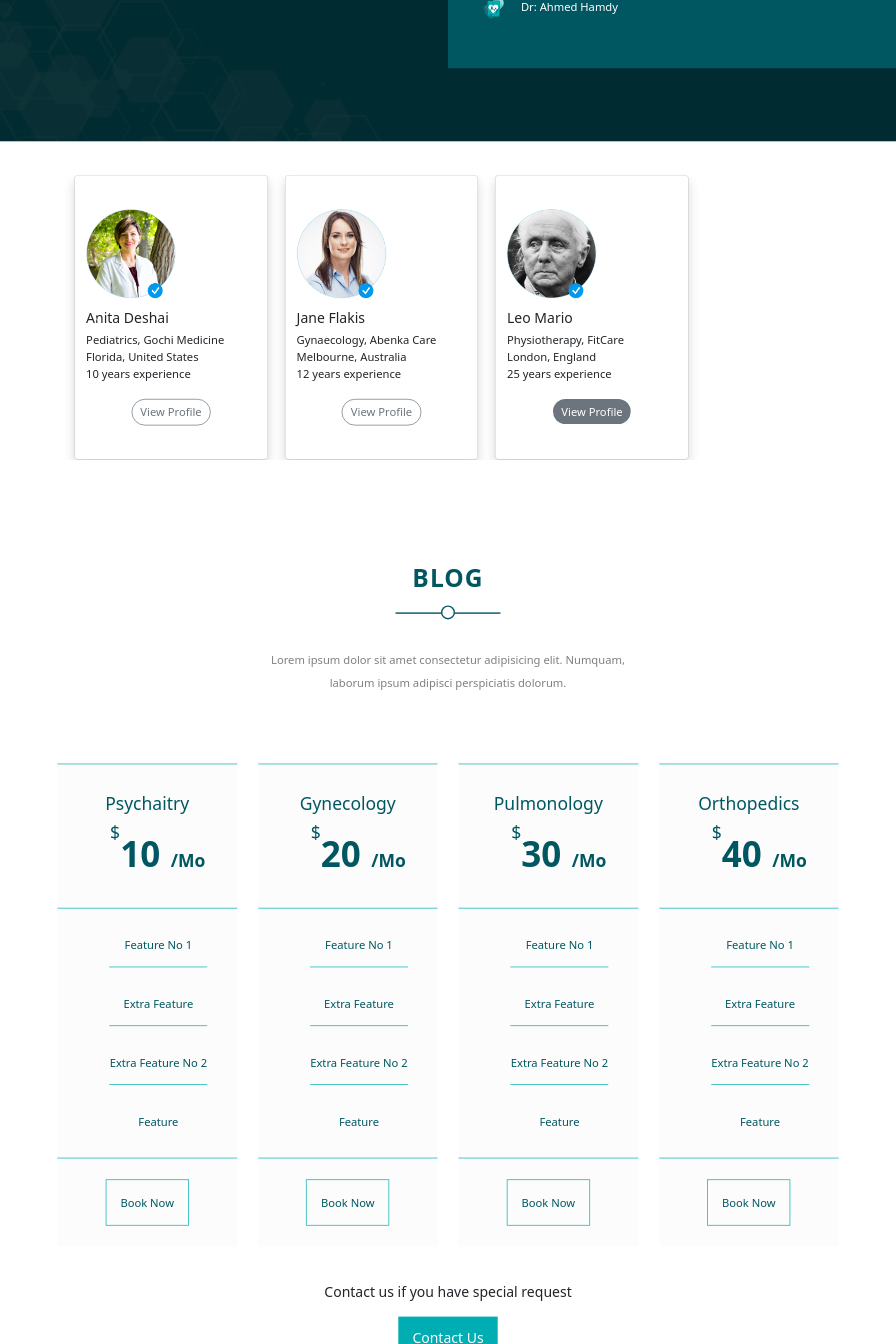
Repository: Ahmed123rezk123/Clinic
Page: index.html
The author's editor kept a copy of each file at every save. The page is drawn from the files as they stood at one save, then again after the next save.
The browser window is 1280 px wide. The pictures show the part of the page from y = 2037 to 3957 px (the page is 5750 px tall before and 6236 px after), at 70% of full size.
Some web fonts or font styles are not loaded; a fallback is used.

Above is the page before, as saved 2024-04-26 11:09:10.

### index.html
<!DOCTYPE html>
<html lang="en">
  <head>
    <meta charset="UTF-8" />
    <meta name="viewport" content="width=device-width, initial-scale=1.0" />
    <title>Clinic</title>
    <!-- Render All Elements Normally -->
    <link rel="stylesheet" href="css/normalize.css" />
    <!-- Font Awesome Library -->
    <link rel="stylesheet" href="css/all.min.css" />
    <!-- Main Temlate css file -->
    <link rel="stylesheet" href="css/style.css" />
    <!-- Google Fonts -->
    <link rel="preconnect" href="https://fonts.googleapis.com" />
    <link rel="preconnect" href="https://fonts.gstatic.com" crossorigin />
    <link
      href="https://fonts.googleapis.com/css2?family=Edu+TAS+Beginner:wght@500&family=Open+Sans:wght@400;700&display=swap"
      rel="stylesheet"
    />
    <link href="https://cdn.jsdelivr.net/npm/bootstrap@5.3.2/dist/css/bootstrap.min.css" rel="stylesheet">
  </head>
  <body>
    <!-- Start Header -->
    <header>
      <div class="container" id="top">
        <a href="#" class="logo">
          <img src="images/logo.svg" alt="Logo" />
        </a>
        <nav>
          <i class="fas fa-bars menu"></i>
          <ul>
            <li><a href="#" class="active">Home</a></li>
            <li><a href="#">Services</a></li>
            <li><a href="#">Doctors</a></li>
            <li><a href="#">Blog</a></li>
            <li><a href="#">Contact</a></li>
          </ul>
          <div class="form">
            <i class="fas fa-search"></i>
          </div>
        </nav>
      </div>
    </header>
    <!-- End Header -->
    <!-- Start Landing -->
    <section class="landing">
      <div class="overlay">
        <div class="text">
          <div class="content">
            <h2>
              Welcome To Doclab<br />
              We get will soon
            </h2>
            <p>
              The new Doclab Hydro Renewal Ampoule is the latest K-Beauty secret
              of skin renewal and revitalization invention.
            </p>
          </div>
        </div>
        <img class="img-doctor" src="images/hero-banner.png" alt="" />
      </div>
      <i class="fas fa-angle-left icon1 fa-2x"></i>
      <i class="fas fa-angle-right icon2 fa-2x"></i>
      <ul class="bullets">
        <li></li>
        <li class="active"></li>
        <li></li>
      </ul>
    </section>
    <!-- End Landing -->
    <!-- Start Services -->
    <section class="services">
      <div class="container">
        <div class="main-content">
          <h2>Services</h2>
          <p>
            The new Doclab Hydro Renewal Ampoule is the latest K-Beauty secret
            of skin renewal and revitalization.
          </p>
        </div>
        <div class="services-content">
          <div class="div-content">
            <img src="images/icon-1.png" alt="" />
            <div class="text">
              <h2>Psychaitry</h2>
              <p>
                Psychiatry is a branch of medicine that focuses on the
                diagnosis, treatment, and prevention of mental, emotional, and
                behavioral disorders.
              </p>
            </div>
          </div>
          <div class="div-content">
            <img src="images/icon-2.png" alt="" />
            <div class="text">
              <h2>Gynecology</h2>
              <p>
                Gynecology is a branch of medicine that deals with the health of
                the female reproductive system, including the uterus, ovaries,
                and vagina.
              </p>
            </div>
          </div>
          <div class="div-content">
            <img src="images/icon-3.png" alt="" />
            <div class="text">
              <h2>Pulmonology</h2>
              <p>
                Pulmonology is a medical specialty focused on the diagnosis,
                treatment, and management of diseases and conditions related to
                the respiratory system.
              </p>
            </div>
          </div>
          <div class="div-content">
            <img src="images/icon-4.png" alt="" />
            <div class="text">
              <h2>Orthopedics</h2>
              <p>
                Orthopedics, also known as orthopedic surgery, is a medical
                specialty focused on the diagnosis, treatment, and prevention of
                disorders.
              </p>
            </div>
          </div>
        </div>
      </div>
    </section>
    <!-- End Services -->
    <!-- Start Design -->
    <section class="design">
      <div class="overlay">
        <div class="image">
          <!-- <img src="images/mobile.png" alt="" /> -->
        </div>
        <div class="text">
          <div class="content">
            <h2>Doctors Are Doing As Team . . .</h2>
            <div class="div-icon">
              <div class="div-content">
                <img src="images/icon-1.png" alt="" />
                <span>Dr: Ahmed Atef</span>
              </div>
              <div class="div-content">
                <img src="images/icon-2.png" alt="" />
                <span>Dr: Ahmed Ayman</span>
              </div>
              <div class="div-content">
                <img src="images/icon-3.png" alt="" />
                <span>Dr: Ahmed Mostafa</span>
              </div>
              <div class="div-content">
                <img src="images/icon-4.png" alt="" />
                <span>Dr: Ahmed Hamdy</span>
              </div>
            </div>
          </div>
        </div>
      </div>
    </section>
    <!-- End Design -->
<!-- Start New Section -->

<section class="py-5">
  <div class="bg-holder bg-size" style="background-image:url(assets/img/gallery/doctors-bg.png);background-position:top center;background-size:contain;">
  </div>
  <!--/.bg-holder-->

  <div class="container">
    <div class="row flex-center">
      <div class="col-xl-10 px-0">
        <div class="carousel slide" id="carouselExampleDark" data-bs-ride="carousel"><a class="carousel-control-prev carousel-icon z-index-2" href="#carouselExampleDark" role="button" data-bs-slide="prev"><span class="carousel-control-prev-icon" aria-hidden="true"></span><span class="visually-hidden">Previous</span></a><a class="carousel-control-next carousel-icon z-index-2" href="#carouselExampleDark" role="button" data-bs-slide="next"><span class="carousel-control-next-icon" aria-hidden="true"></span><span class="visually-hidden">Next</span></a>
          <div class="carousel-inner">
            <div class="carousel-item active" data-bs-interval="10000">
              <div class="row h-100 m-lg-7 mx-3 mt-6 mx-md-4 my-md-7">
                <div class="col-md-4 mb-8 mb-md-0">
                  <div class="card card-span h-100 shadow">
                    <div class="card-body d-flex flex-column flex-center py-5"><img src="images/anita.png" width="128" alt="..." />
                      <h5 class="mt-3">Anita Deshai</h5>
                      <p class="mb-0 fs-xxl-1">Pediatrics, Gochi Medicine</p>
                      <p class="text-600 mb-0">Florida, United States</p>
                      <p class="text-600 mb-4">10 years experience</p>
                      <div class="text-center">
                        <button class="btn btn-outline-secondary rounded-pill" type="submit">View Profile</button>
                      </div>
                    </div>
                  </div>
                </div>
                <div class="col-md-4 mb-8 mb-md-0">
                  <div class="card card-span h-100 shadow">
                    <div class="card-body d-flex flex-column flex-center py-5"><img src="images/jane.png" width="128" alt="..." />
                      <h5 class="mt-3">Jane Flakis</h5>
                      <p class="mb-0 fs-xxl-1">Gynaecology, Abenka Care</p>
                      <p class="text-600 mb-0">Melbourne, Australia</p>
                      <p class="text-600 mb-4">12 years experience</p>
                      <div class="text-center">
                        <button class="btn btn-outline-secondary rounded-pill" type="submit">View Profile</button>
                      </div>
                    </div>
                  </div>
                </div>
                <div class="col-md-4 mb-8 mb-md-0">
                  <div class="card card-span h-100 shadow">
                    <div class="card-body d-flex flex-column flex-center py-5"><img src="images/leo-mario.png" width="128" alt="..." />
                      <h5 class="mt-3">Leo Mario</h5>
                      <p class="mb-0 fs-xxl-1">Physiotherapy, FitCare</p>
                      <p class="text-600 mb-0">London, England</p>
                      <p class="text-600 mb-4">25 years experience</p>
                      <div class="text-center">
                        <button class="btn btn-secondary hover-top rounded-pill border-0" type="submit">View Profile</button>
                      </div>
                    </div>
                  </div>
                </div>
              </div>
            </div>
            <div class="carousel-item" data-bs-interval="2000">
              <div class="row h-100 m-lg-7 mx-3 mt-6 mx-md-4 my-md-7">
                <div class="col-md-4 mb-8 mb-md-0">
                  <div class="card card-span h-100 shadow">
                    <div class="card-body d-flex flex-column flex-center py-5"><img src="assets/img/gallery/anita.png" width="128" alt="..." />
                      <h5 class="mt-3">Anita Deshai</h5>
                      <p class="mb-0 fs-xxl-1">Pediatrics, Gochi Medicine</p>
                      <p class="text-600 mb-0">Florida, United States</p>
                      <p class="text-600 mb-4">10 years experience</p>
                      <div class="text-center">
                        <button class="btn btn-outline-secondary rounded-pill" type="submit">View Profile</button>
                      </div>
                    </div>
                  </div>
                </div>
                <div class="col-md-4 mb-8 mb-md-0">
                  <div class="card card-span h-100 shadow">
                    <div class="card-body d-flex flex-column flex-center py-5"><img src="assets/img/gallery/jane.png" width="128" alt="..." />
                      <h5 class="mt-3">Jane Flakis</h5>
                      <p class="mb-0 fs-xxl-1">Gynaecology, Abenka Care</p>
                      <p class="text-600 mb-0">Melbourne, Australia</p>
                      <p class="text-600 mb-4">12 years experience</p>
                      <div class="text-center">
                        <button class="btn btn-outline-secondary rounded-pill" type="submit">View Profile</button>
                      </div>
                    </div>
                  </div>
                </div>
                <div class="col-md-4 mb-8 mb-md-0">
                  <div class="card card-span h-100 shadow">
                    <div class="card-body d-flex flex-column flex-center py-5"><img src="assets/img/gallery/leo-mario.png" width="128" alt="..." />
                      <h5 class="mt-3">Leo Mario</h5>
                      <p class="mb-0 fs-xxl-1">Physiotherapy, FitCare</p>
                      <p class="text-600 mb-0">London, England</p>
                      <p class="text-600 mb-4">25 years experience</p>
                      <div class="text-center">
                        <button class="btn btn-secondary hover-top rounded-pill border-0" type="submit">View Profile</button>
                      </div>
                    </div>
                  </div>
                </div>
              </div>
            </div>
            <div class="carousel-item">
              <div class="row h-100 m-lg-7 mx-3 mt-6 mx-md-4 my-md-7">
                <div class="col-md-4 mb-8 mb-md-0">
                  <div class="card card-span h-100 shadow">
                    <div class="card-body d-flex flex-column flex-center py-5"><img src="assets/img/gallery/anita.png" width="128" alt="..." />
                      <h5 class="mt-3">Anita Deshai</h5>
                      <p class="mb-0 fs-xxl-1">Pediatrics, Gochi Medicine</p>
                      <p class="text-600 mb-0">Florida, United States</p>
                      <p class="text-600 mb-4">10 years experience</p>
                      <div class="text-center">
                        <button class="btn btn-outline-secondary rounded-pill" type="submit">View Profile</button>
                      </div>
                    </div>
                  </div>
                </div>
                <div class="col-md-4 mb-8 mb-md-0">
                  <div class="card card-span h-100 shadow">
                    <div class="card-body d-flex flex-column flex-center py-5"><img src="assets/img/gallery/jane.png" width="128" alt="..." />
                      <h5 class="mt-3">Jane Flakis</h5>
                      <p class="mb-0 fs-xxl-1">Gynaecology, Abenka Care</p>
                      <p class="text-600 mb-0">Melbourne, Australia</p>
                      <p class="text-600 mb-4">12 years experience</p>
                      <div class="text-center">
                        <button class="btn btn-outline-secondary rounded-pill" type="submit">View Profile</button>
                      </div>
                    </div>
                  </div>
                </div>
                <div class="col-md-4 mb-8 mb-md-0">
                  <div class="card card-span h-100 shadow">
                    <div class="card-body d-flex flex-column flex-center py-5"><img src="assets/img/gallery/leo-mario.png" width="128" alt="..." />
                      <h5 class="mt-3">Leo Mario</h5>
                      <p class="mb-0 fs-xxl-1">Physiotherapy, FitCare</p>
                      <p class="text-600 mb-0">London, England</p>
                      <p class="text-600 mb-4">25 years experience</p>
                      <div class="text-center">
                        <button class="btn btn-secondary hover-top rounded-pill border-0" type="submit">View Profile</button>
                      </div>
                    </div>
                  </div>
                </div>
              </div>
            </div>
          </div>
        </div>
      </div>
    </div>
  </div>
</section>

<!-- End New Section -->
    <!-- Start Princing -->
    <div class="princing">
      <div class="container">
        <div class="main-content">
          <h2>Blog</h2>
          <p>
            Lorem ipsum dolor sit amet consectetur adipisicing elit. Numquam,
            laborum ipsum adipisci perspiciatis dolorum.
          </p>
        </div>
        <div class="content">
          <div class="basic">
            <div class="head">
              <h3>Psychaitry</h3>
              <span>10</span>
            </div>
            <ul>
              <li>Feature No 1</li>
              <li>Extra Feature</li>
              <li>Extra Feature No 2</li>
              <li>Feature</li>
            </ul>
            <div class="foot">
              <a href="#">Book Now</a>
            </div>
          </div>
          <div class="basic">
            <div class="head">
              <h3>Gynecology</h3>
              <span>20</span>
            </div>
            <ul>
              <li>Feature No 1</li>
              <li>Extra Feature</li>
              <li>Extra Feature No 2</li>
              <li>Feature</li>
            </ul>
            <div class="foot">
              <a href="#">Book Now</a>
            </div>
          </div>

          <div class="basic">
            <div class="head">
              <h3>Pulmonology</h3>
              <span>30</span>
            </div>
            <ul>
              <li>Feature No 1</li>
              <li>Extra Feature</li>
              <li>Extra Feature No 2</li>
              <li>Feature</li>
            </ul>
            <div class="foot">
              <a href="#">Book Now</a>
            </div>
          </div>

          <div class="basic">
            <div class="head">
              <h3>Orthopedics</h3>
              <span>40</span>
            </div>
            <ul>
              <li>Feature No 1</li>
              <li>Extra Feature</li>
              <li>Extra Feature No 2</li>
              <li>Feature</li>
            </ul>
            <div class="foot">
              <a href="#">Book Now</a>
            </div>
          </div>
        </div>
        <p class="parag-content">Contact us if you have special request</p>
        <a href="#" class="lnk">Contact Us</a>
      </div>
    </div>
    <!-- End Princing -->

    <!-- Start Subscribe -->
    <div class="subscribe">
      <div class="container">
        <form action="">
          <i class="far fa-envelope"></i>
          <input type="email" name="mail" placeholder="Your Email" />
          <input type="submit" value="Subscribe" />
        </form>
        <p>
          Curabitur arcu erat, accumsan id imperdiet et, porttitor at sem.
          Mauris blan dit aliquet elit, eget tincidunt.
        </p>
      </div>
    </div>
    <!-- End Subscribe -->
    <!-- Start CONTACT US -->

    <div class="contact">
      <div class="container">
        <div class="main-content">
          <h2>contact us</h2>
          <p>
            Lorem ipsum dolor sit amet consectetur adipisicing elit. Numquam,
            laborum ipsum adipisci perspiciatis dolorum.
          </p>
        </div>
        <div class="content">
          <form action="">
            <input
              class="inp"
              type="text"
              name="name"
              placeholder="Your Name"
            />
            <input
              class="inp"
              type="email"
              name="mail"
              placeholder="Your Email"
            />
            <textarea
              class="inp"
              name="message"
              placeholder="Your Message"
            ></textarea>
            <input type="submit" value="Send Message" />
          </form>
          <div class="text">
            <h4>GET IN TOUCH</h4>
            <span class="phone">+00 123.456.789</span>
            <span class="phone">+00 123.456.789</span>

            <h4>WHERE WE ARE</h4>
            <ul>
              <li>Awesome Address 17</li>
              <li>New York, NYC</li>
              <li>123-4567-890</li>
              <li>USA</li>
            </ul>
          </div>
        </div>
      </div>
    </div>
    <!-- End CONTACT US -->

    <!-- Start Footer -->
    <div class="footer">
      <div class="container">
        <img src="images/logo.svg" alt="Logo" />
        <div class="text">
          <h2>We Are Social</h2>
          <a href="#"><i class="fab fa-facebook-f"></i></a>
          <a href="#"><i class="fab fa-twitter"></i></a>
          <a href="#"> <i class="fas fa-home"></i></a>
          <a href="#"><i class="fab fa-linkedin"></i></a>
        </div>
        <p>&copy; 2024 <span>Clinic</span> All Right Reserved</p>
      </div>
    </div>
    <!-- End Footer -->
    <a href="#top" class="up"><i class="fas fa-arrow-up"></i></a>
    <script src="https://cdn.jsdelivr.net/npm/bootstrap@5.3.3/dist/js/bootstrap.bundle.min.js" integrity="sha384-YvpcrYf0tY3lHB60NNkmXc5s9fDVZLESaAA55NDzOxhy9GkcIdslK1eN7N6jIeHz" crossorigin="anonymous"></script>
  </body>
</html>

Loaded but not shown: css/normalize.css (library); css/all.min.css (library); css/style.css (881 lines, source omitted)

After the next save:
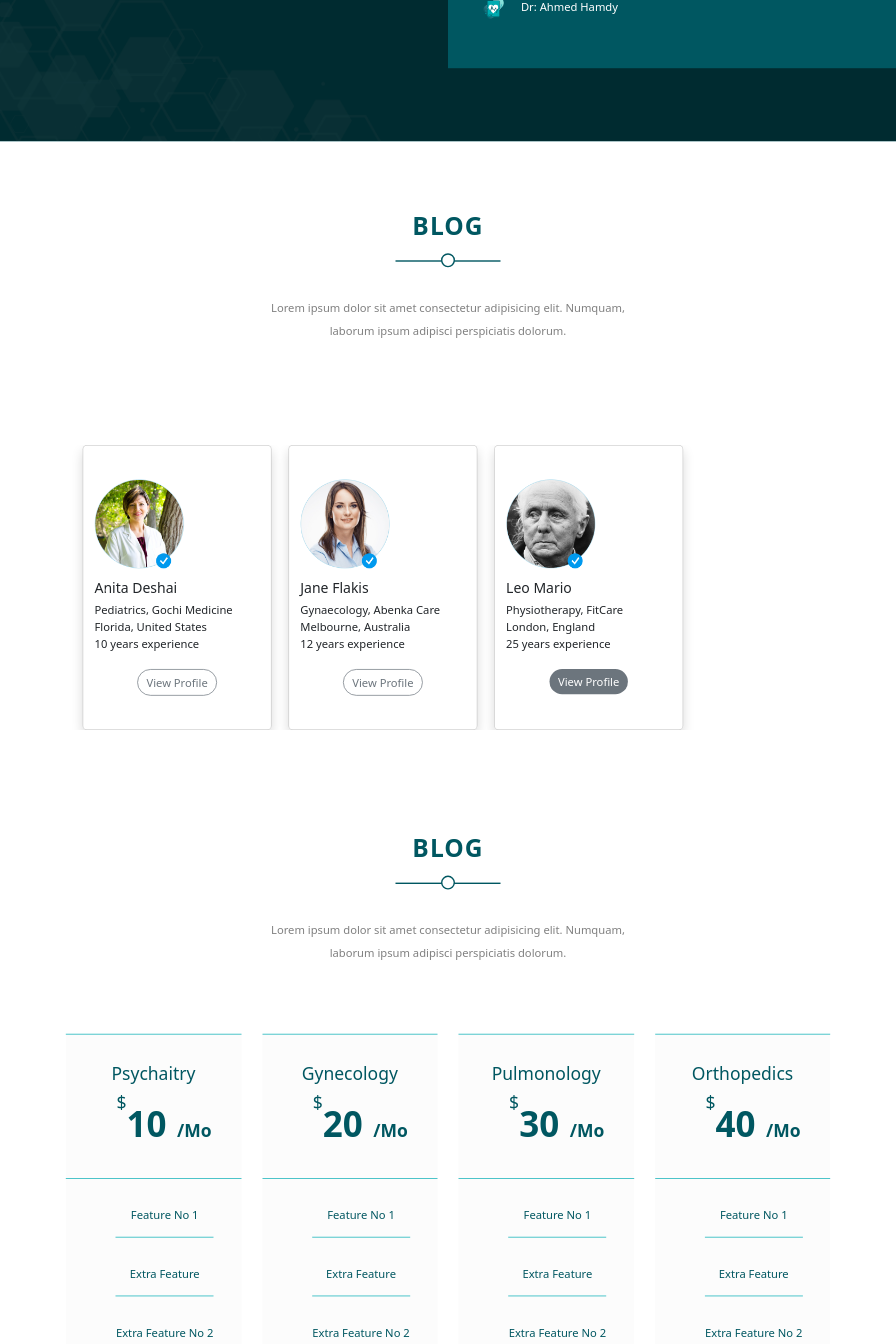
Saved 71 s later.
--- a/index.html
+++ b/index.html
@@ -160,7 +160,16 @@
     </section>
     <!-- End Design -->
 <!-- Start New Section -->
-
+ <!-- Start Princing -->
+ <div class="princing">
+  <div class="container">
+    <div class="main-content">
+      <h2>Blog</h2>
+      <p>
+        Lorem ipsum dolor sit amet consectetur adipisicing elit. Numquam,
+        laborum ipsum adipisci perspiciatis dolorum.
+      </p>
+    </div>
 <section class="py-5">
   <div class="bg-holder bg-size" style="background-image:url(assets/img/gallery/doctors-bg.png);background-position:top center;background-size:contain;">
   </div>
